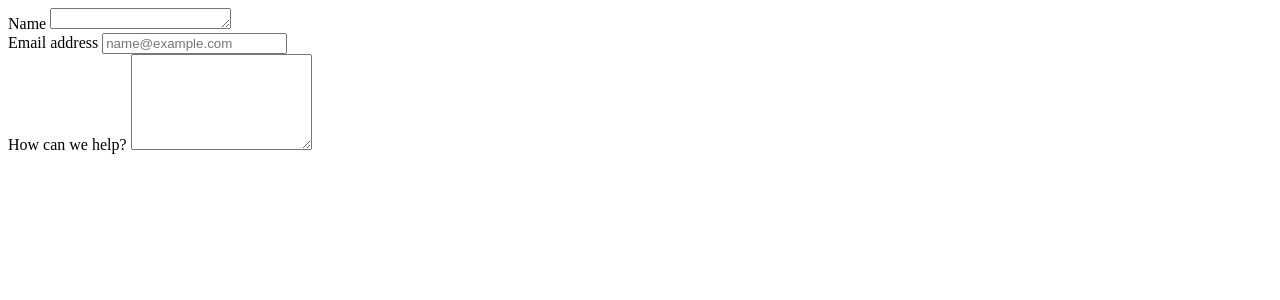
Repository: piemontc/dd-pharmacy
Page: public/pages/contact.html
The author's editor kept a record of every edit. The page is drawn from the files as they stood at one moment, then again after the next edit.
The browser window is 1280 px wide. The pictures show the whole page.

Above is the page before.

### public/pages/contact.html
<div class="row">
    <div class="col-lg-4"></div>
    <div class="col-lg-4">
        <form action="{{ 'https://www.enformed.io/YOUR_TOKEN' + token }}">
            <div class="form-group">
                <label for="name">Name</label>
                <textarea class="form-control" name="name" rows="1"></textarea>
            </div>
             <div class="form-group">
                <label for="email">Email address</label>
                <input type="email" class="form-control" name="email" placeholder="name@example.com">
            </div>
            <div class="form-group">
                <label for="message">How can we help?</label>
                <textarea class="form-control" name="message" rows="6"></textarea>
            </div>
        </form>
    </div>
    <div class="col-lg-4"></div>
</div>

After the next edit:
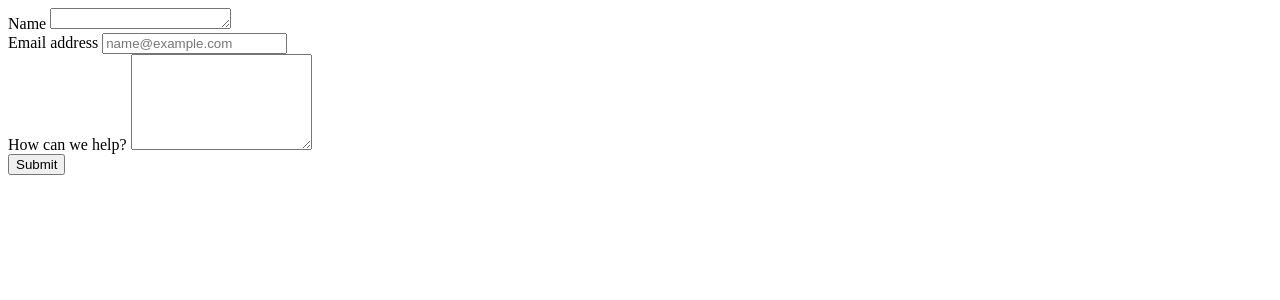
The edit:
--- a/public/pages/contact.html
+++ b/public/pages/contact.html
@@ -14,6 +14,7 @@
                 <label for="message">How can we help?</label>
                 <textarea class="form-control" name="message" rows="6"></textarea>
             </div>
+            <button type="submit" class="btn btn-primary">Submit</button>
         </form>
     </div>
     <div class="col-lg-4"></div>
